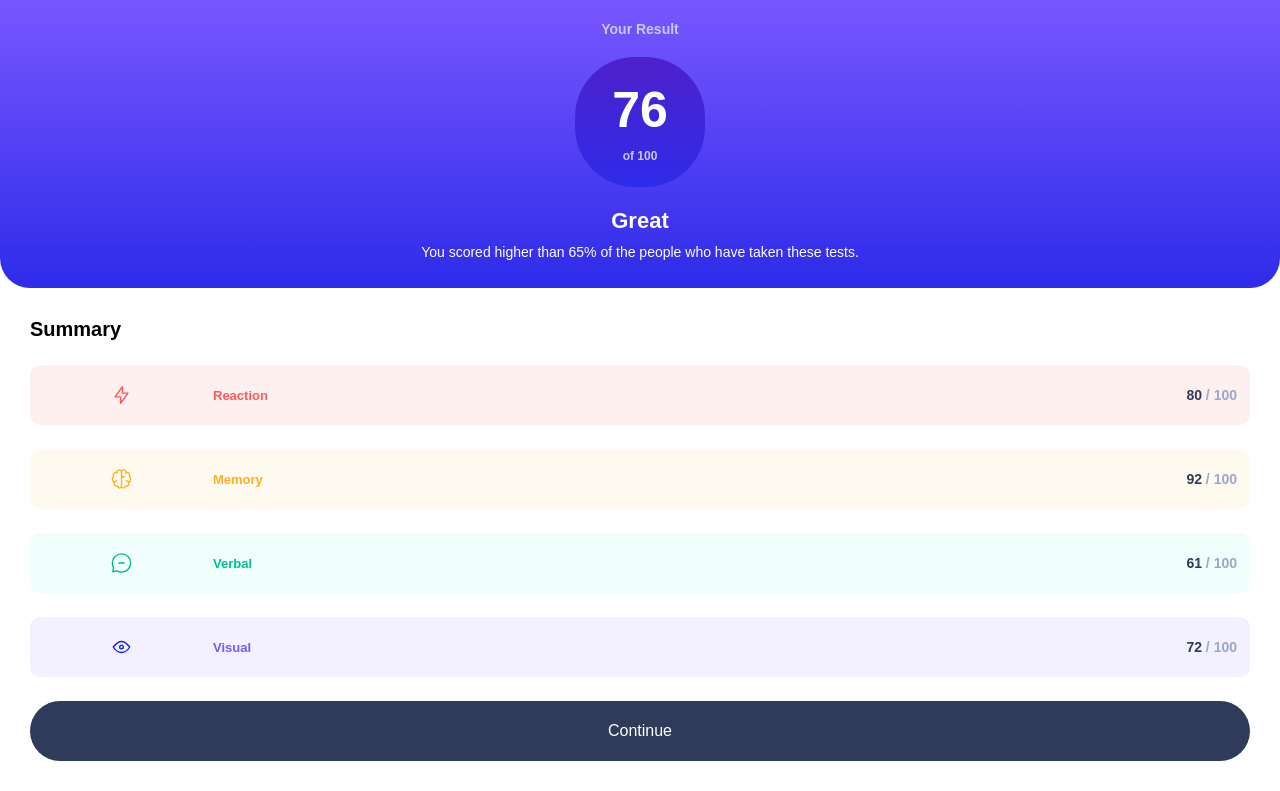
Repository: limaneto/frontend-mentor-results-summary
Page: index.html
These files come from the project's save history. The page is drawn as it stood at one moment and after the next save; the edit follows.
The browser window is 1280 px wide. The pictures show the whole page.

Above is the page before, as saved 2023-11-06 10:14:33.

### index.html
<!DOCTYPE html>
<html lang="en">
  <head>
    <meta charset="UTF-8">
    <meta name="viewport" content="width=device-width, initial-scale=1.0">
    <link rel="stylesheet" href="style.css">
  </head>
  <body>
    <main>
      <section id='result'>
        <h1>Your Result</h1>
        <span id='score'>
          <h2>76</h2>
          <h3>of 100</h3>
        </span>
        <span id='score-message'>
          <h4>Great</h4>
          <h5>You scored higher than 65% of the people who have taken these tests.</h5>
        </span>
      </section>
      <summary>
        <h2>Summary</h2>
        <ul>
          <li id='reaction'>
            <img id='icons' src="./assets/images/icon-reaction.svg" alt="Lightning">
            Reaction
            <span>
              80 <span>/ 100</span>
            </span>
          </li>
          <li id='memory'>
            <img id='icons' src="./assets/images/icon-memory.svg" alt="Brain">
            Memory
            <span>
              92 <span>/ 100</span>
            </span>
          </li>
          <li id='verbal'>
            <img id='icons' src="./assets/images/icon-verbal.svg" alt="Cloud">
            Verbal
            <span>
              61 <span>/ 100</span>
            </span>
          </li>
          <li id='visual'>
            <img id='icons' src="./assets/images/icon-visual.svg" alt="Eye">
            Visual
            <span>
              72 <span>/ 100</span>
            </span>
          </li>
        </ul>
        <button>Continue</button>
      </summary>
    </main>
  </body>
</html>

### style.css
:root {
  --red: #ff5959;
  --orangey:	#ffb01f;
  --green: #00bd91;
  --blue: #1125d4;
  --pale-blue: #ebf1ff;
  --white: #ffffff;
  --dark-gray-blue: #303b5a;
  --lavender: #c8c7ff;
  --g-slate-blue: #7857ff;
  --g-royal-blue: #2e2be9;
  --g-violet-blue: #4e21ca;
  --g-persian-blue: #2421ca;
}

@font-face {
  font-family: 'HankenGrotesk', sans-serif;
  src: url(./assets/fonts//HankenGrotesk-VariableFont_wght.ttf);
}

* {
  box-sizing: border-box;
  margin: 0;
  padding: 0;
}

html, body {
  font-size: 62.5%;
  font-family: 'HankenGrotesk', sans-serif;
  height: 100vh;
  width: 100vw;
}

li {
  display: block;
}

main {
  height: 100%;
  width: 100%;
}

section {
  display: flex;
  flex-direction: column;
  align-items: center;
  justify-content: space-evenly;
  height: 40%;
  background: linear-gradient(0deg, var(--g-royal-blue), var(--g-slate-blue));
  border-bottom-left-radius: 30px;
  border-bottom-right-radius: 30px;
  color: var(--white);
}

section > h1 {
  font-size: 1.4rem;
  color: var(--lavender);
}

#score {
  display: flex;
  flex-direction: column;
  justify-content: center;
  gap: 10px;
  text-align: center;
  height: 130px;
  width: 130px;
  border-radius: 6rem;
  background: linear-gradient(180deg, var(--g-violet-blue), var(--g-royal-blue));
}

#score > h2 {
  font-size: 2rem;
  font-size: 5rem;
}

#score > h3 {
  font-size: 1.2rem;
  color: var(--lavender);
}

#score-message {
  height: 60px;
  text-align: center;
}

#score-message > h4 {
  font-size: 2.2rem;
}

#score-message > h5 {
    padding: 10px 3rem;
    font-size: 1.4rem;
    font-weight: 400;
    margin-bottom: 10px;
}

summary {
  padding: 30px;
}

summary > h2 {
  font-size: 2rem;
}

summary > ul > li {
  font-size: 1.3rem;
  font-weight: bold;
  display: flex;
  align-items: center;
  width: 100%;
  height: 60px;
  border-radius: 10px;
  background-color: #00bd91;
  margin: 24px 0;
}

#reaction {
  color: var(--red);
  background-color: hsl(0, 100%, 97%);
}

#memory {
  color: var(--orangey);
  background-color: hsl(39, 100%, 97%);
}

#verbal {
  color: var(--green);
  background-color: hsl(166, 100%, 97%);
}

#visual {
  color: var(--g-slate-blue);
  background-color: hsl(252, 100%, 97%);
}

#icons {
  width: 15%;
  height: 2.2rem;
}

li > span {
  color: var(--dark-gray-blue);
  font-size: 1.4rem;
  margin-right: 1.3rem;
  margin-left: auto;
}

li > span > span {
  color: hsl(224, 30%, 70%);
}

summary > button {
  background-color: var(--dark-gray-blue);
  width: 100%;
  height: 60px;
  color: var(--white);
  border: none;
  border-radius: 3.2rem;
  font-size: 1.6rem;
}

After the next save:
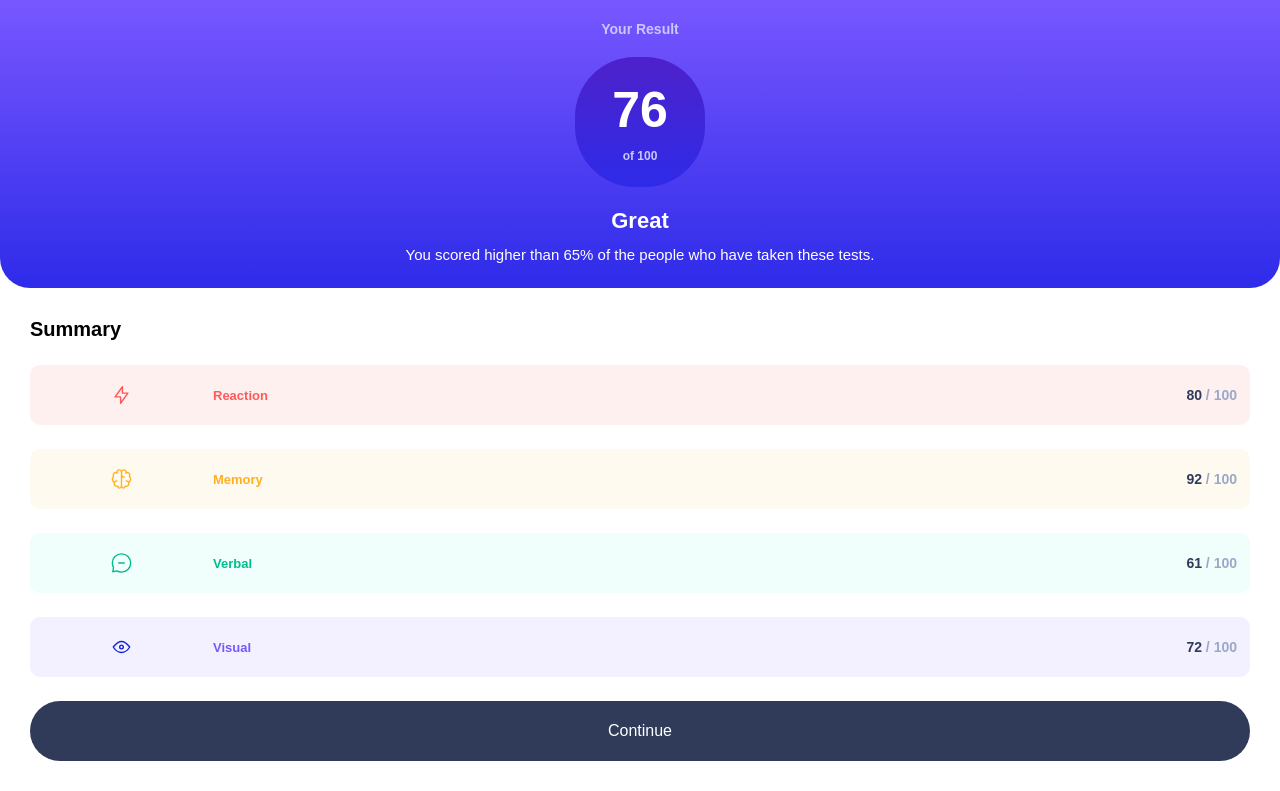
Saved 86 s later.
--- a/style.css
+++ b/style.css
@@ -89,10 +89,11 @@ section > h1 {
 }
 
 #score-message > h5 {
-    padding: 10px 3rem;
-    font-size: 1.4rem;
-    font-weight: 400;
-    margin-bottom: 10px;
+  padding: 10px 4rem;
+  line-height: 2.2rem;
+  font-size: 1.5rem;
+  font-weight: 400;
+  margin-bottom: 10px;
 }
 
 summary {
